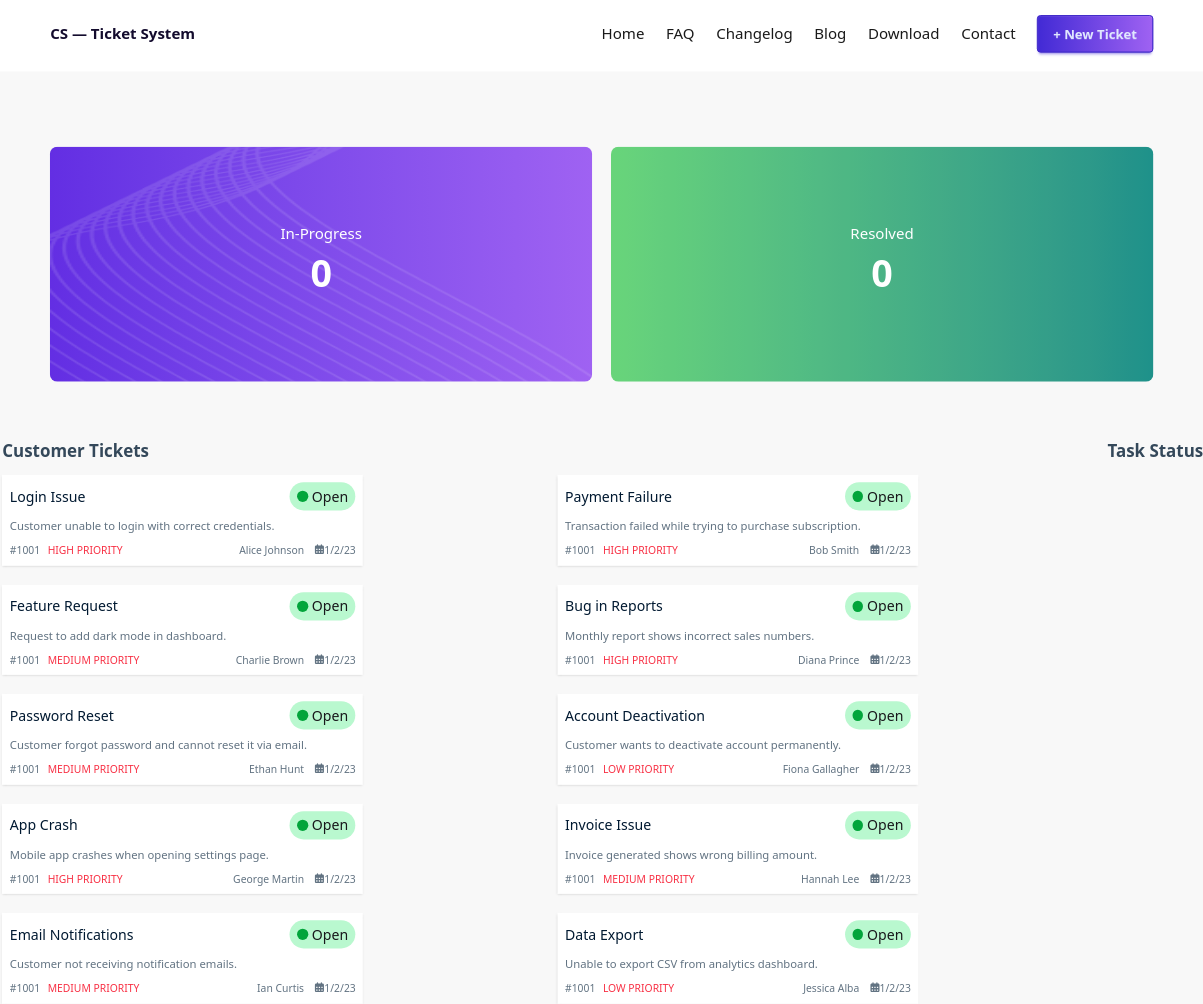
Repository: SanjidaSnigdha/Customer-Support-Zone
Page: /
An editor plug-in stored every save of this project. The page is shown before and after the next save, followed by the edit.
The browser window is 1280 px wide. The pictures show the whole page, at 94% of full size.
The project was rebuilt for these pictures with package versions that can differ from the ones it lists, and the page was loaded fresh each time. Also part of the build but not shown: vite.config.js, src/App.css.

Above is the page before, as saved 2026-04-01 13:02:46.

### index.html
<!doctype html>
<html lang="en">
  <head>
    <meta charset="UTF-8" />
    <link rel="icon" type="image/svg+xml" href="/favicon.svg" />
    <meta name="viewport" content="width=device-width, initial-scale=1.0" />
    <title>customer-support-zone</title>
  </head>
  <body>
    <div id="root"></div>
    <script type="module" src="/src/main.jsx"></script>
  </body>
</html>

### src/index.css
 @import "tailwindcss";
 @plugin "daisyui" {
  themes: light --default, dark --prefersdark;
  themes: light --default;
 }

### src/App.jsx
import { Suspense, useState } from 'react'
import './App.css'
import Navbar from './component/Navbar/Navbar'
import Banner from './component/Banner/Banner'
import CustomerTickets from './component/CustomerTickets/CustomerTickets'
import TaskStatus from './component/TaskStatus/TaskStatus'

const fetchTickets = async()=>{
  const res = await fetch("/customers.json")
  return res.json()
}

function App() {
  const customerPromise = fetchTickets()

  return (
    <>
    <div className='flex flex-col'>
   <Navbar></Navbar>
   <div className='flex-1 bg-base-200 mt-5'>
    <Banner></Banner>
    <Suspense fallback={<span className="loading loading-spinner loading-xl"></span>
}>
          <div className='flex'>
          <CustomerTickets customerPromise={customerPromise}></CustomerTickets>
          <TaskStatus></TaskStatus>
          </div>

    </Suspense>
   </div>
   </div>

    </>
  )
}

export default App

### src/component/Navbar/Navbar.jsx
import React from 'react';

const Navbar = () => {
    return (
        <div className='flex justify-between w-11/12 mx-auto mt-4'>
            <div className='navbar-start'>
                <h1 className='w-[833px] h-[26px] font-bold text-[#130B2D]'>CS — Ticket System</h1>
            </div>
            <div className='navbar-end justify-between gap-3 text-[#000000]/90'>
                <a>Home</a>
                <a>FAQ</a>
                <a>Changelog</a>
                <a>Blog</a>
                <a>Download</a>
                <a>Contact</a>
         <button className='btn btn-primary bg-gradient-to-r from [#632EE3] to-[#9F62F2]'>+ New Ticket</button>
            </div>
        </div>
    );
};

export default Navbar;

### src/component/Banner/Banner.jsx
import React from 'react';
import vectorImg1 from '../../assets/vector1.png'
import vectorImg2 from '../../assets/vector2.png'

const Banner = () => {
    return (
        <div className='flex justify-between w-11/12 mx-auto mt-20 gap-5'>
            <div className='relative'>
             <img src={vectorImg1} alt="" className=' bg-gradient-to-r from-[#632EE3] to-[#9F62F2] w-[700px] h-[250px] rounded-[8px]'/>
             <p className='absolute text-center inset-20 text-[#FFFFFF]'>In-Progress<br /><span className='font-bold text-[#FFFFFF] text-[40px]'>
                0</span></p>

            </div>
            <div className='relative'>
      <img src={vectorImg2} alt="" className='bg-gradient-to-r from-[#54CF68] to-[#00827A] w-[700px] h-[250px] rounded-[8px]'/>
        <p className='absolute text-center inset-20 text-[#FFFFFF]'>Resolved<br /><span className='font-bold text-[#FFFFFF] text-[40px]'>
                0</span></p>

            </div>
        </div>
    );
};

export default Banner;

### src/component/CustomerTickets/CustomerTickets.jsx
import React, { use, useState } from 'react';
import { FontAwesomeIcon } from '@fortawesome/react-fontawesome'
import { faCalendarDays } from '@fortawesome/free-solid-svg-icons'
const CustomerTickets = ({customerPromise}) => {
    const customerTicket = use(customerPromise)
    console.log(customerTicket)

    return (
                <div className='w-11/12 mx-auto'>

         <h1 className='font-semibold text-[#34485A] text-[18px] mt-15'>Customer Tickets</h1>
         <div className='grid md:grid-cols-2 grid-cols-1 gap-2'>
    {
        customerTicket.map(customer=>

              <div className="card w-96 bg-base-100 card-xs shadow-sm mt-3 rounded-none">
  <div className="card-body">
    <div className='flex justify-between'>
     <h2 className="card-title text-[#001931] font-medium text-[15px]">{customer.title}</h2>
     <button className='rounded-4xl bg-[#B9F8CF] w-[70px] h-[30px] flex items-center gap-1 p-2 font-medium text-[15px]'><span className='bg-[#02A53B] rounded-full w-3 h-3'></span>Open</button>

    </div>
    <p className='text-[#627382] text-[12px] font-medium'>{customer.description}</p>
    <div className="flex justify-between card-actions">
        <div className='flex gap-2'>
        <p className='text-[#627382] font-medium'>#1001</p>
        <p className='text-[#F83044] font-medium'>{customer.priority}</p>
        </div>
        <div className='flex gap-3'>
            <p className='text-[#627382] font-medium'>{customer.customer}</p>
            <p className='text-[#627382] font-medium'><FontAwesomeIcon icon ={faCalendarDays}  />1/2/23</p>

        </div>

    </div>
  </div>
</div>
        )
    }

        </div>

        </div>
    );
};

export default CustomerTickets;

### src/component/TaskStatus/TaskStatus.jsx
import React from 'react';

const TaskStatus = () => {
    return (
        <div>
         <h1 className='font-semibold text-[#34485A] text-[18px] mt-15'>Task Status</h1>

        </div>
    );
};

export default TaskStatus;

### public/customers.json
[
  {
    "id": 1,
    "title": "Login Issue",
    "description": "Customer unable to login with correct credentials.",
    "customer": "Alice Johnson",
    "priority": "HIGH PRIORITY",
    "status": "Open",
    "createdAt": "2026-03-20T10:15:00Z"
  },
  {
    "id": 2,
    "title": "Payment Failure",
    "description": "Transaction failed while trying to purchase subscription.",
    "customer": "Bob Smith",
    "priority": "HIGH PRIORITY",
    "status": "Pending",
    "createdAt": "2026-03-21T14:22:00Z"
  },
  {
    "id": 3,
    "title": "Feature Request",
    "description": "Request to add dark mode in dashboard.",
    "customer": "Charlie Brown",
    "priority": "MEDIUM PRIORITY",
    "status": "Open",
    "createdAt": "2026-03-22T09:30:00Z"
  },
  {
    "id": 4,
    "title": "Bug in Reports",
    "description": "Monthly report shows incorrect sales numbers.",
    "customer": "Diana Prince",
    "priority": "HIGH PRIORITY",
    "status": "In Progress",
    "createdAt": "2026-03-22T11:45:00Z"
  },
  {
    "id": 5,
    "title": "Password Reset",
    "description": "Customer forgot password and cannot reset it via email.",
    "customer": "Ethan Hunt",
    "priority": "MEDIUM PRIORITY",
    "status": "Resolved",
    "createdAt": "2026-03-23T08:10:00Z"
  },
  {
    "id": 6,
    "title": "Account Deactivation",
    "description": "Customer wants to deactivate account permanently.",
    "customer": "Fiona Gallagher",
    "priority": "LOW PRIORITY",
    "status": "Pending",
    "createdAt": "2026-03-23T12:05:00Z"
  },
  {
    "id": 7,
    "title": "App Crash",
    "description": "Mobile app crashes when opening settings page.",
    "customer": "George Martin",
    "priority": "HIGH PRIORITY",
    "status": "Open",
    "createdAt": "2026-03-24T07:50:00Z"
  },
  {
    "id": 8,
    "title": "Invoice Issue",
    "description": "Invoice generated shows wrong billing amount.",
    "customer": "Hannah Lee",
    "priority": "MEDIUM PRIORITY",
    "status": "In Progress",
    "createdAt": "2026-03-24T09:30:00Z"
  },
  {
    "id": 9,
    "title": "Email Notifications",
    "description": "Customer not receiving notification emails.",
    "customer": "Ian Curtis",
    "priority": "MEDIUM PRIORITY",
    "status": "Open",
    "createdAt": "2026-03-24T10:00:00Z"
  },
  {
    "id": 10,
    "title": "Data Export",
    "description": "Unable to export CSV from analytics dashboard.",
    "customer": "Jessica Alba",
    "priority": "LOW PRIORITY",
    "status": "Resolved",
    "createdAt": "2026-03-24T11:15:00Z"
  }
]

Loaded but not shown: src/main.jsx (common file)

After the next save:
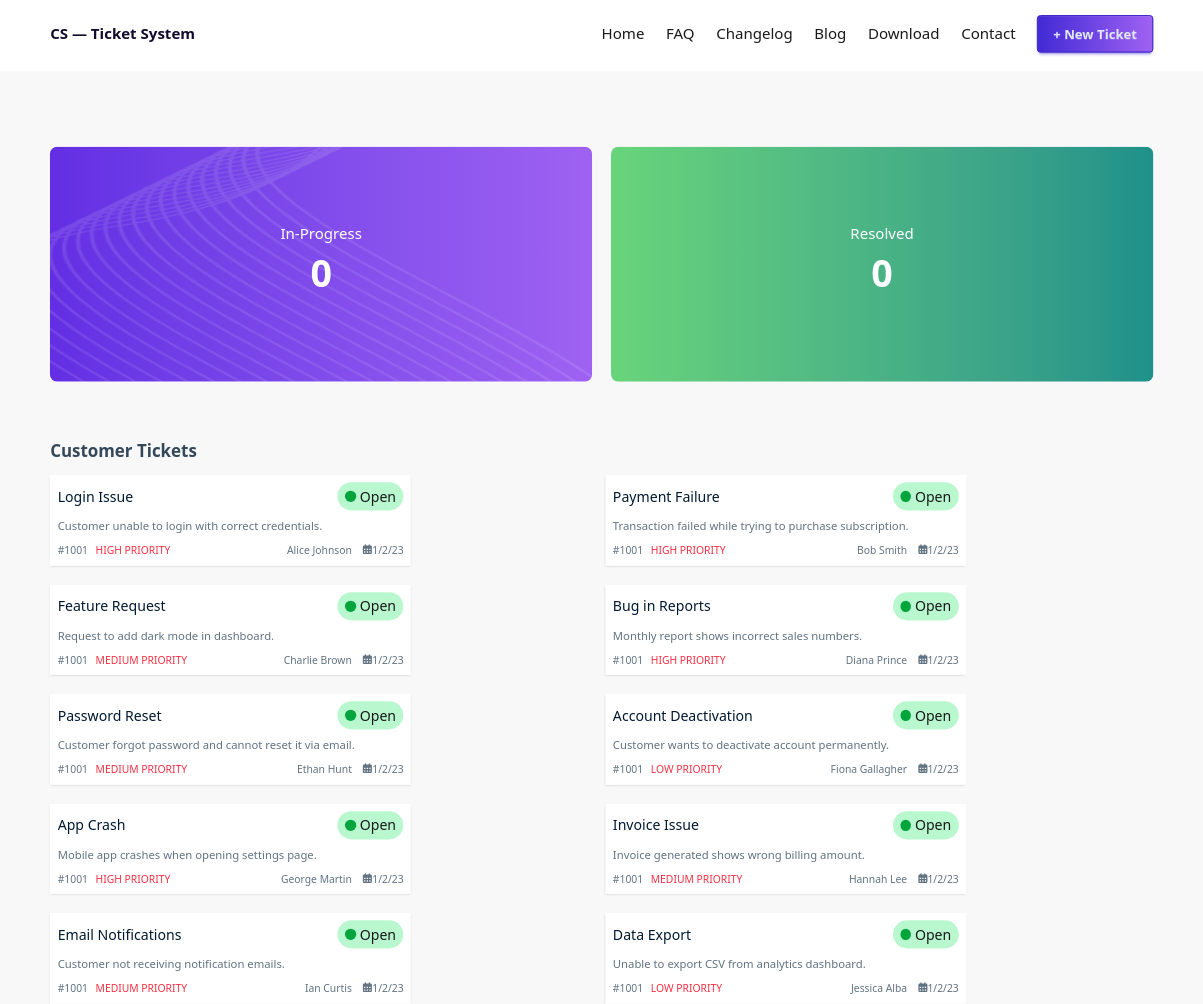
Saved 26 s later.
--- a/src/App.jsx
+++ b/src/App.jsx
@@ -23,7 +23,7 @@
 }>
           <div className='flex'>
           <CustomerTickets customerPromise={customerPromise}></CustomerTickets>
-          <TaskStatus></TaskStatus>
+          {/* <TaskStatus></TaskStatus> */}
           </div>
 
     </Suspense>

After the save that followed:
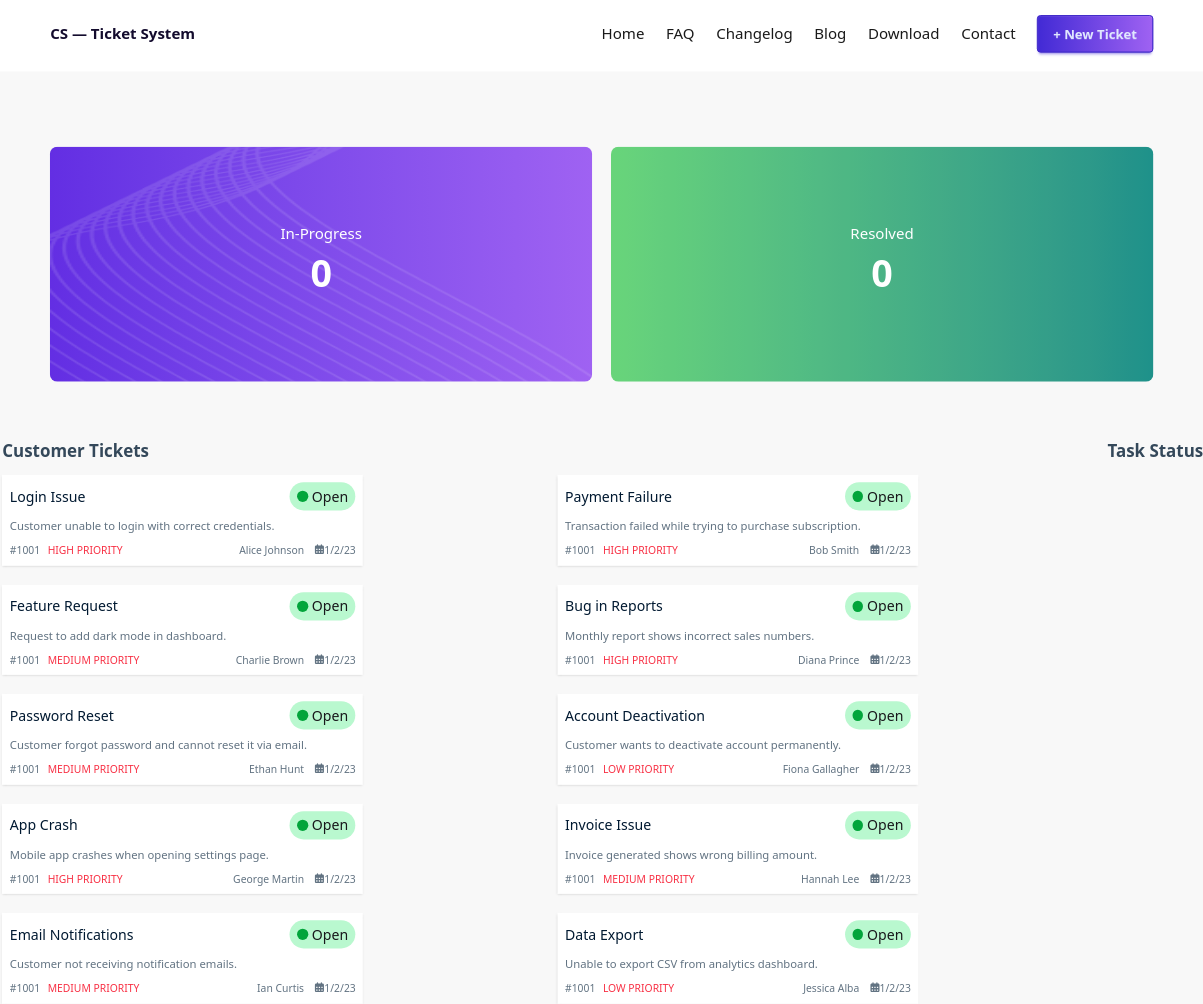
Saved 70 s later.
--- a/src/App.jsx
+++ b/src/App.jsx
@@ -21,9 +21,9 @@
     <Banner></Banner>
     <Suspense fallback={<span className="loading loading-spinner loading-xl"></span>
 }>
-          <div className='flex'>
+          <div className='flex justify-between'>
           <CustomerTickets customerPromise={customerPromise}></CustomerTickets>
-          {/* <TaskStatus></TaskStatus> */}
+           <TaskStatus></TaskStatus>
           </div>
 
     </Suspense>
